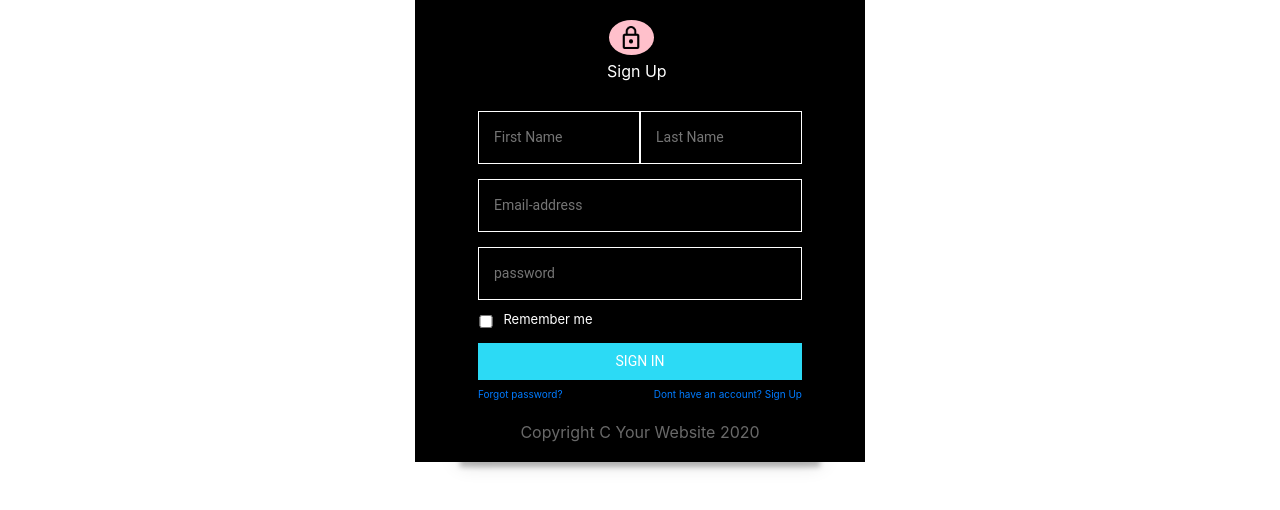
Repository: andbilous/cursor-styled-components
Page: /sign-up
These files come from the project's save history. The page is drawn as it stood at one moment and after the next save; the edit follows.
The browser window is 1280 px wide. The pictures show the whole page.
The project was rebuilt for these pictures with package versions that can differ from the ones it lists, and the page was loaded fresh each time. Also part of the build but not shown: src/App.css, src/components/SignInForm.jsx.

Above is the page before, as saved 2020-04-19 16:46:14.

### src/App.js
import React from 'react';
import {
  BrowserRouter as Router,
  Switch,
  Route,
  Link
} from "react-router-dom";
import './App.css';
import SignInForm from './components/SignInForm';
import SignUpForm from './components/SignUpForm';

function App() {
  return (
   <Router>
      <Switch>
          <Route exact path="/sign-in">
            <SignInForm />
          </Route>
          <Route path="/sign-up">
            <SignUpForm />
          </Route>
        </Switch>
   </Router>
  );
}

export default App;

### src/components/SignUpForm.jsx
import React from 'react';
import styled from "styled-components";

const SignUpFormStyles = styled.div`
*{
  box-sizing: border-box;
}
.login-page {
  width: 450px;
  margin: auto;
  background: #000;
}
.form {
  position: relative;
  z-index: 1;
  max-width: 360px;
  margin: 0 auto;
  margin-top:10px;
  padding: 18px;
  text-align: center;
  box-shadow: 0 0 20px 0 rgba(0, 0, 0, 0.2), 0 5px 5px 0 rgba(0, 0, 0, 0.24);
}
.form input {
  font-family: "Roboto", sans-serif;
  outline: 0;
  border: 1px solid #fff;
  background:transparent;
  width: 100%;
  margin: 0 0 15px;
  padding: 15px;
  font-size: 14px;
}
.form input[type="checkbox"]{
  transform: translateX(-100px);
}
.form button {
  font-family: "Roboto", sans-serif;
  text-transform: uppercase;
  outline: 0;
  background: #2cdaf5;
  width: 100%;
  border: 0;
  padding: 8px;
  color: #FFFFFF;
  font-size: 14px;
  -webkit-transition: all 0.3 ease;
  transition: all 0.3 ease;
  cursor: pointer;
}
.form button:hover,.form button:active,.form button:focus {
  background: #43A047;
}
.form .message {
  margin: 15px 0 0;
  color: #b3b3b3;
  font-size: 12px;
}
.form .message a {
  color: #4CAF50;
  text-decoration: none;
}
.container {
  position: relative;
  z-index: 1;
  max-width: 300px;
  margin: 0 auto;
}
.container:before, .container:after {
  content: "";
  display: block;
  clear: both;
}
.container .info {
  margin: 50px auto;
  text-align: center;
}
.container .info h1 {
  margin: 0 0 15px;
  padding: 0;
  font-size: 36px;
  font-weight: 300;
  color: #1a1a1a;
}
.container .info span {
  color: #4d4d4d;
  font-size: 12px;
}
.container .info span a {
  color: #000000;
  text-decoration: none;
}
.container .info span .fa {
  color: #EF3B3A;
}
body {
  background: #76b852; /* fallback for old browsers */
  background: -webkit-linear-gradient(right, #76b852, #8DC26F);
  background: -moz-linear-gradient(right, #76b852, #8DC26F);
  background: -o-linear-gradient(right, #76b852, #8DC26F);
  background: linear-gradient(to left, #76b852, #8DC26F);
  font-family: "Roboto", sans-serif;
  -webkit-font-smoothing: antialiased;
  -moz-osx-font-smoothing: grayscale;
}
.links{
  display:flex
}
.remember{
color:#fff;
}
.additional{
 color: #2cdaf5;
 display: flex;
 justify-content: space-between;
}
.additional a{
  font-size:10px
 }
.img-container{
  background: pink;
  border-radius: 50%;
  width:10%;
  transform: translateY(20px);
  margin-left: 43%;
}
img{
  margin: 6px 11px;
  width: 50%;
}
.image-label{
  display:block;
  color:#fff;
  margin-left: 12rem;
  margin-top: 1.5rem;
}
.label-remember{
  display: inline-block;
  margin-bottom: .5rem;
  transform: translateX(-200px);
  font-size: 13px;
  width: 50%;
  margin-top: -5px;
}
footer{
  color: dimgrey;
}
.name{
  display:flex;
  justify-content: space-between;
}
.name input{
  width:50%
}
`


const SignUpForm =() =>{
  return (
    <SignUpFormStyles>
<div class="login-page">
  <div class='img-container'>
    <img src={require('../assets/padlock.png')}/>
    </div>
    <span class='image-label'>Sign Up</span>
  <div class="form">
    <form class="login-form">
      <div class='name'>
        <input type="text" placeholder="First Name"/>
    <input type="text" placeholder="Last Name"/></div>

    <input type="text" placeholder="Email-address"/>
      <input type="password" placeholder="password"/>
      <div class='links remember'><input type="checkbox"/><label class='label-remember'>Remember me</label></div>
     <button>Sign In</button>
     <div class='links additional'>
     <p><a href="#">Forgot password?</a></p>
       <p><a href="#">Dont have an account? Sign Up</a></p>
       </div>
       <footer>
       <span>Copyright C Your Website 2020</span>
       </footer>
    </form>
  </div>
</div>
    </SignUpFormStyles>

  )
}


export default  SignUpForm;

Loaded but not shown: public/index.html (common file); src/index.js (common file); src/index.css (common file); src/serviceWorker.js (common file)

After the next save:
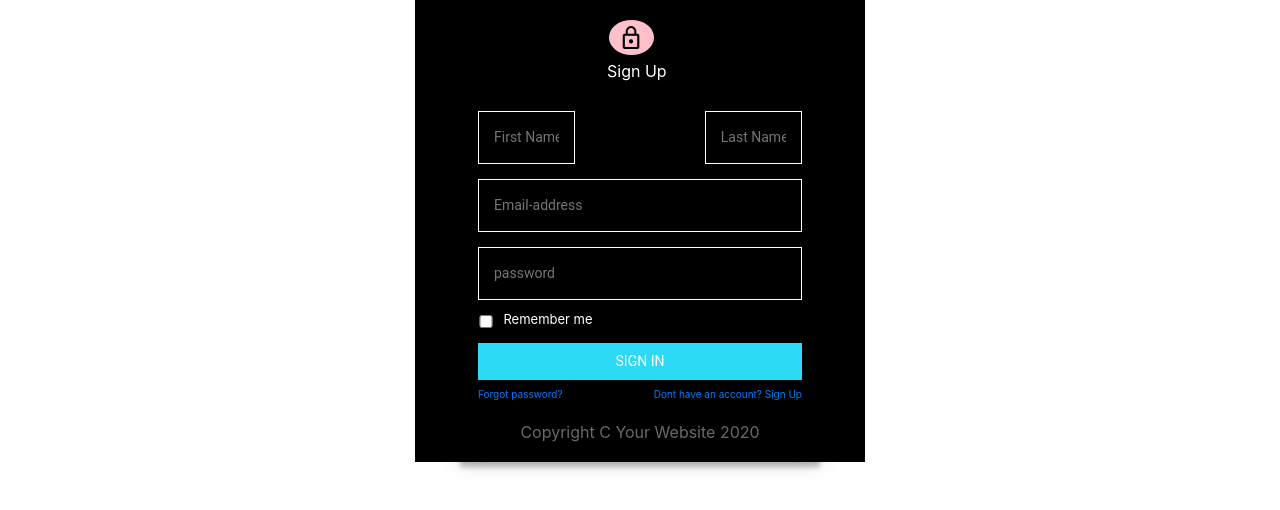
Saved 11 s later.
--- a/src/components/SignUpForm.jsx
+++ b/src/components/SignUpForm.jsx
@@ -149,7 +149,7 @@ footer{
   justify-content: space-between;
 }
 .name input{
-  width:50%
+  width:30%
 }
 `
 
